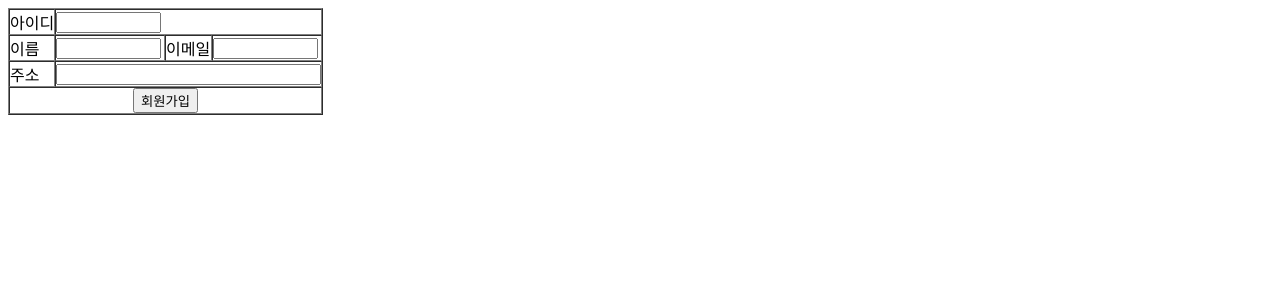
Repository: jjanggu1990/kh_java
Page: http://localhost/JSP_EX/day0323/chap11/membershipForm.jsp
The author's editor kept a copy of each file at every save. The page is drawn from the files as they stood at one save, then again after the next save.
The browser window is 1280 px wide. The pictures show the whole page.
The page is served by Tomcat 9. Other server files are loaded and not shown.

Above is the page before, as saved 2016-03-23 08:18:50.

### workspace/JSP_EX/WebContent/day0323/chap11/membershipForm.jsp
<%@ page contentType = "text/html; charset=utf-8" %>
<html>
<head><title>회원가입 입력 폼</title></head>
<body>

<form action="<%= request.getContextPath() %>/day0323/chap11/processJoining.jsp" method="post">

<table border="1" cellpadding="0" cellspacing="0">
<tr>
	<td>아이디</td>
	<td colspan="3"><input type="text" name="id" size="10"></td>
</tr>
<tr>
	<td>이름</td>
	<td><input type="text" name="name" size="10"></td>
	<td>이메일</td>
	<td><input type="text" name="email" size="10"></td>
</tr>
<tr>
	<td>주소</td>
	<td colspan="3"><input type="text" name="address" size="30"></td>
</tr>
<tr>
	<td colspan="4" align="center">
	<input type="submit" value="회원가입">
	</td>
</tr>
</table>

</form>

</body>
</html>

After the next save:
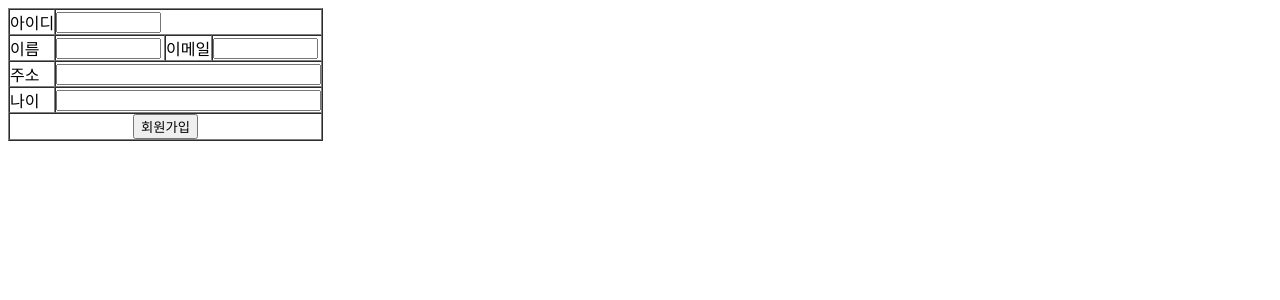
Saved 31 s later.
--- a/workspace/JSP_EX/WebContent/day0323/chap11/membershipForm.jsp
+++ b/workspace/JSP_EX/WebContent/day0323/chap11/membershipForm.jsp
@@ -21,6 +21,10 @@
 	<td colspan="3"><input type="text" name="address" size="30"></td>
 </tr>
 <tr>
+	<td>나이</td>
+	<td colspan="3"><input type="text" name="age" size="30"></td>
+</tr>
+<tr>
 	<td colspan="4" align="center">
 	<input type="submit" value="회원가입">
 	</td>
